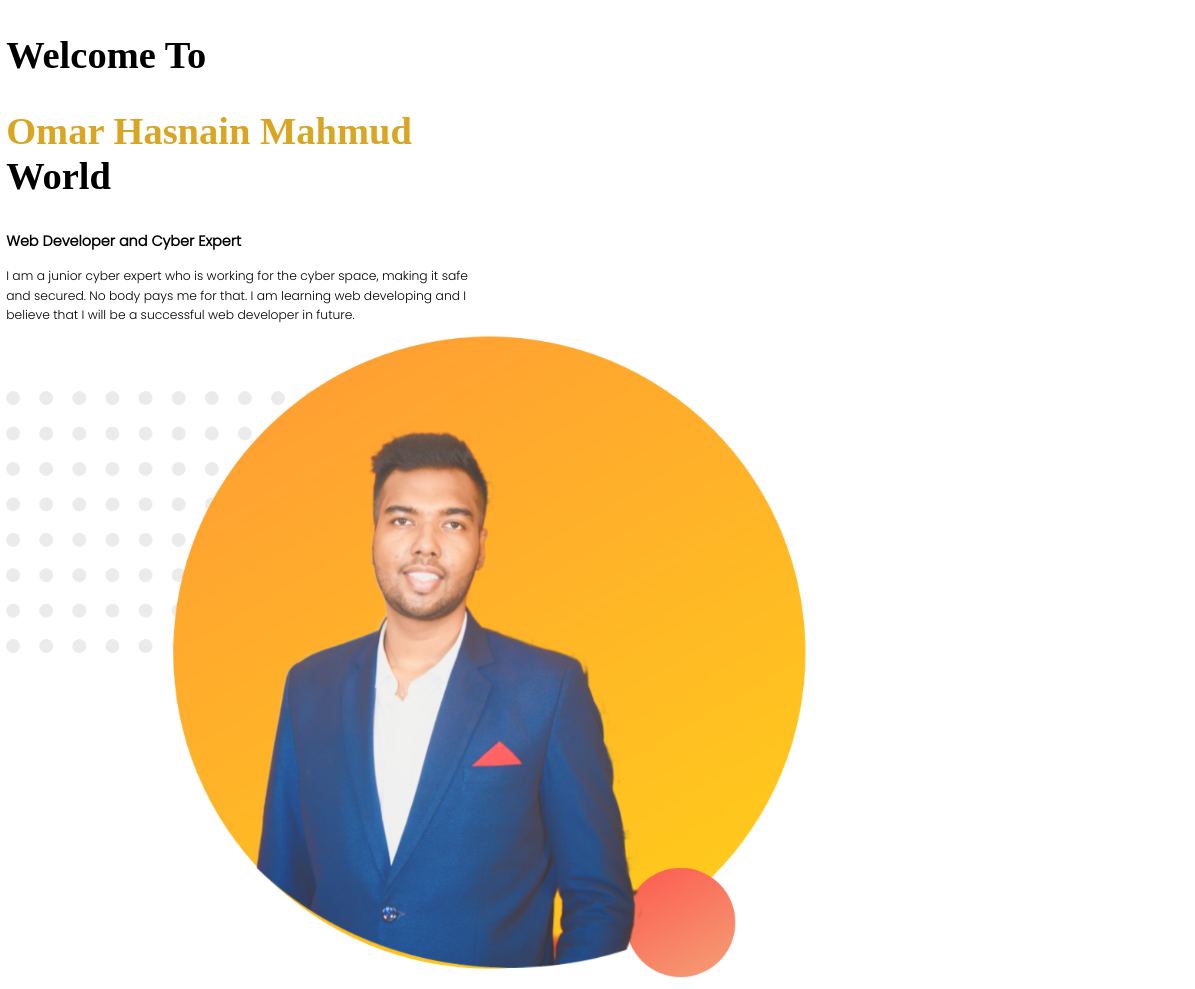
Repository: omarhasnain/web-portfolio
Page: index.html
An editor plug-in stored every save of this project. The page is shown before and after the next save, followed by the edit.
The browser window is 1280 px wide. The page is 1280 px wide, then 1552 px, so the pictures cover 1552 px, including what lies to the right of the window. The pictures show the whole page, at 77% of full size.
Some web fonts or font styles are not loaded; a fallback is used.

Above is the page before, as saved 2021-01-05 20:58:09.

### index.html
<!DOCTYPE html>
<html lang="en">
<head>
    <meta charset="UTF-8">
    <meta name="viewport" content="width=device-width, initial-scale=1.0">
    <title>Web Developer Omar</title>
    <link rel="preconnect" href="https://fonts.gstatic.com">
    <link href="https://fonts.googleapis.com/css2?family=Redressed&display=swap" rel="stylesheet">
    <link rel="preconnect" href="https://fonts.gstatic.com">
    <link href="https://fonts.googleapis.com/css2?family=Poppins:wght@300&display=swap" rel="stylesheet">
    <link rel="stylesheet" href="web portfolio style.css">
</head>
    <body>
        <section>
            <div class="half-width">
                    <h1>Welcome To </h1>
                    <h1><span class="name-highlight">Omar Hasnain Mahmud</span> World</h1>
                    <h3>Web Developer and Cyber Expert</h3>
                    <p>I am a junior cyber expert who is working for the cyber space, making it safe and secured. No body pays me for that. I am learning web developing and I believe that I will be a successful web developer in future.</p>
            </div>
            <div class="half-width">
                <img src="images/profile.png" alt="">
            </div>
        </section>

    </body>
</html>

### web portfolio style.css
body{
    font-family: 'Poppins', sans-serif;
}
h1{
    font-size: 50px;
    font-family: 'Redressed', cursive;
}
.name-highlight{
    color: goldenrod;
}
h3{
    font-family: 'Poppins', sans-serif;
}

.half-width{
    width: 50%;
}

After the next save:
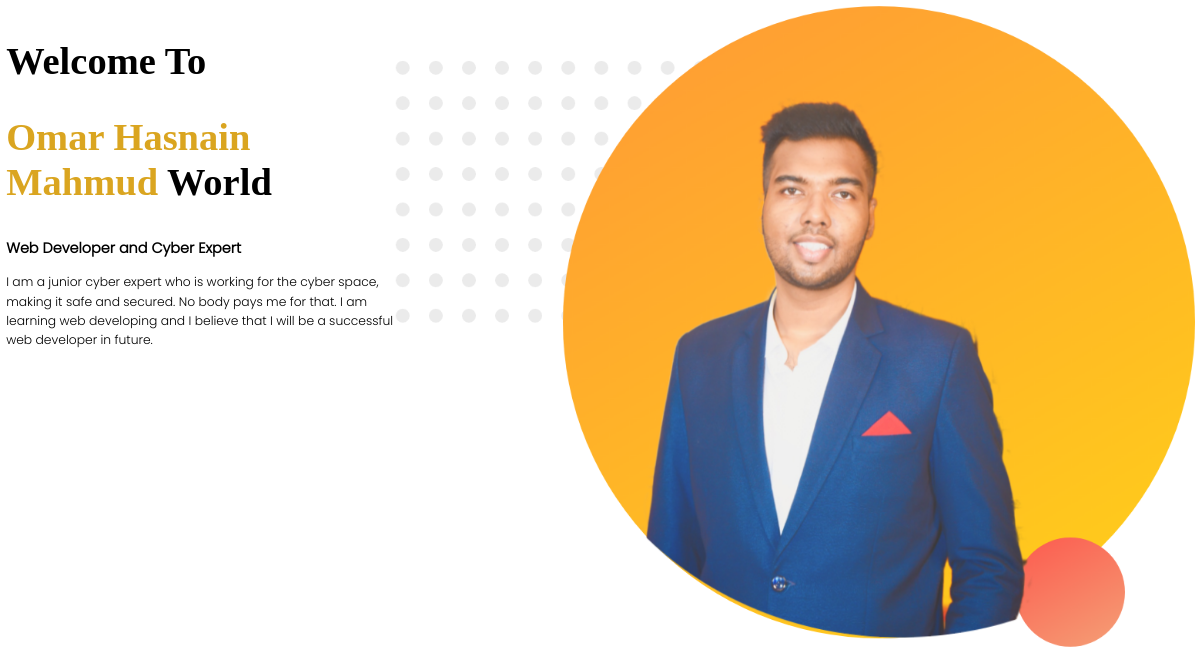
Saved 74 s later.
--- a/web portfolio style.css
+++ b/web portfolio style.css
@@ -13,5 +13,6 @@
 }
 
 .half-width{
-    width: 50%;
+    width: 40%;
+    float: left;
 }
